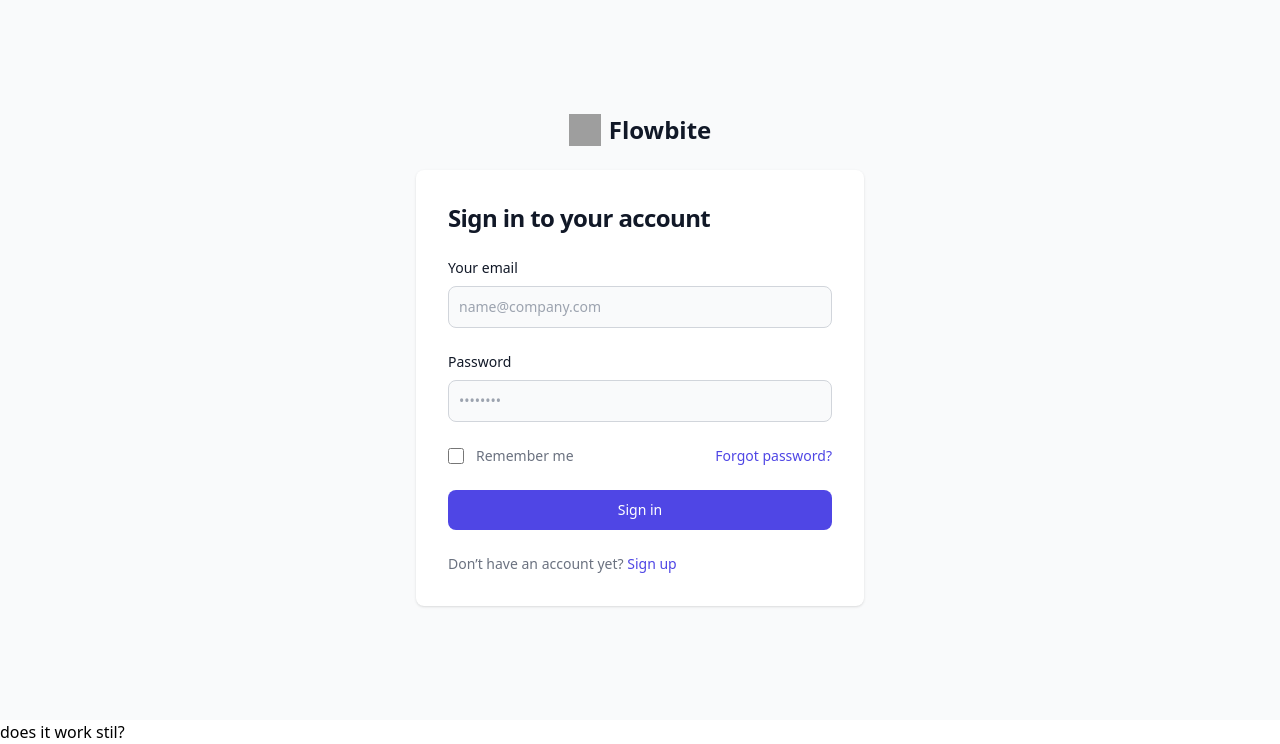
Repository: Narain-Singaram/Coreverse-SMP-Project
Page: http://localhost/account/login.php
The author's editor kept a copy of each file at every save. The page is drawn from the files as they stood at one save, then again after a run of saves.
The browser window is 1280 px wide. The pictures show the whole page.
Pictures or frames that could not be fetched are drawn as grey boxes. Some web libraries are served in a nearby version. The page is run by PHP 8.4 with error messages shown; the project is at /var/www/html/.

Above is the page before, as saved 2022-11-05 23:39:54.

After the next 2 saves:
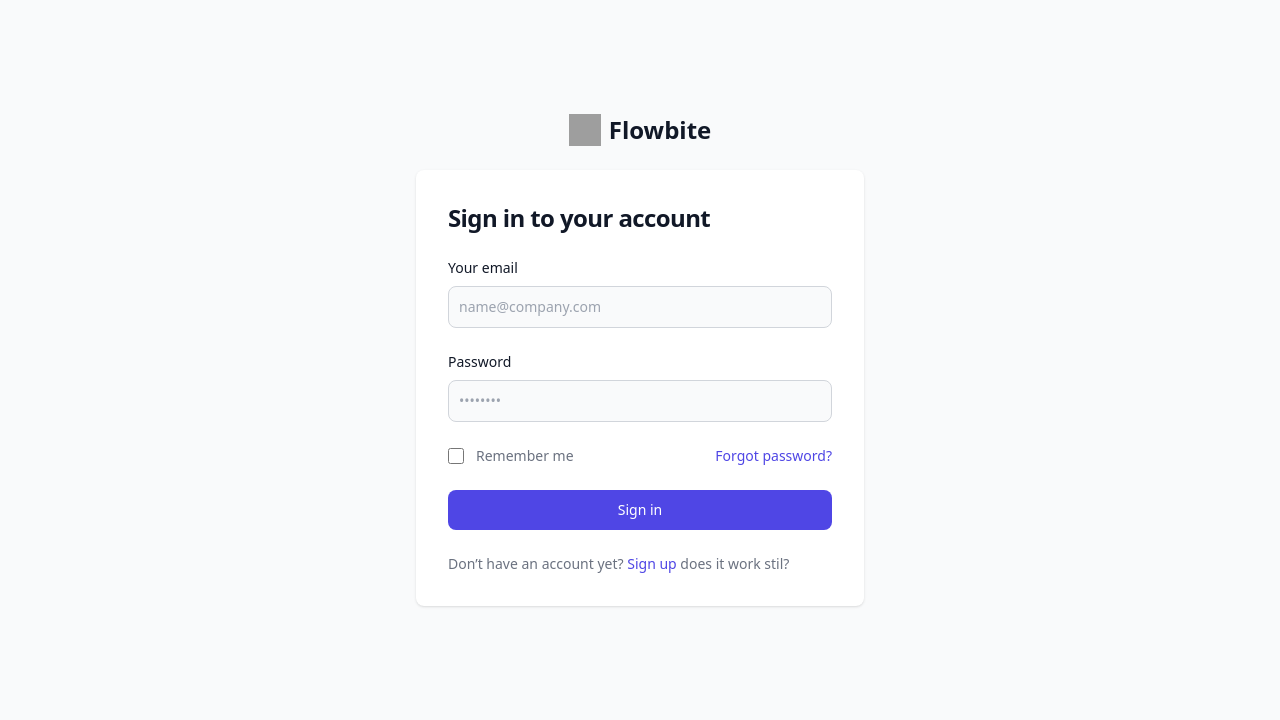
The 2 saves are shown as one change because they came seconds apart.
The last was saved 16 s later.
--- a/account/login.php
+++ b/account/login.php
@@ -31,16 +31,14 @@
                     </div>
                     <button type="submit" class="w-full text-white bg-indigo-600 hover:bg-indigo-700 focus:ring-4 focus:outline-none focus:ring-indigo-300 font-medium rounded-lg text-sm px-5 py-2.5 text-center">Sign in</button>
                     <p class="text-sm font-light text-gray-500">
-                        Don’t have an account yet? <a href="#" class="font-medium text-indigo-600 hover:underline">Sign up</a>
+                        Don’t have an account yet? <a href="#" class="font-medium text-indigo-600 hover:underline">Sign up</a>     <?php
+    echo 'does it work stil?';
+    ?>
+
                     </p>
                 </form>
             </div>
         </div>
     </div>
     </section>
-
-    <?php
-    echo 'does it work stil?';
-    ?>
-
 <script src="https://cdn.tailwindcss.com"></script>
